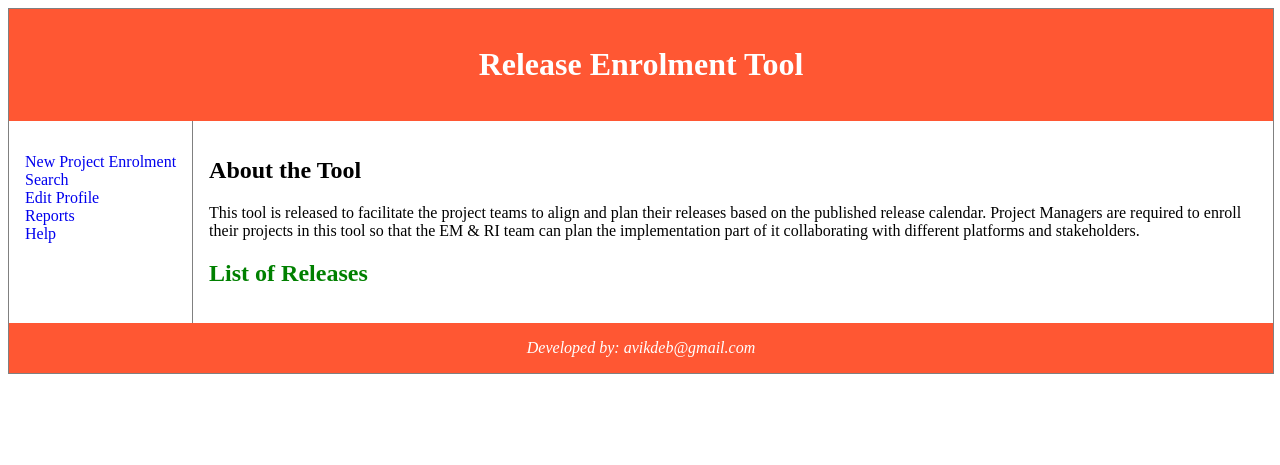
Repository: guribrar/enrolmentapp
Page: http://localhost/enrolmentapp/testlogin.jsp
An editor plug-in stored every save of this project. The page is shown before and after the next save, followed by the edit.
The browser window is 1280 px wide. The pictures show the whole page.
The page is served by Tomcat 9. Other server files are loaded and not shown. Queries for data that is not in the repository find no rows.

Above is the page before, as saved 2016-12-31 15:58:59.

### enrolmentapp/WebContent/testlogin.jsp
<%@ page language="java" contentType="text/html; charset=ISO-8859-1"
    pageEncoding="ISO-8859-1"%>

<%@ taglib uri="http://java.sun.com/jsp/jstl/sql" prefix="sql" %>
<%@ taglib uri="http://java.sun.com/jsp/jstl/core" prefix="c" %>

<!DOCTYPE html>
<html>
<head>
<style>
div.container {
    width: 100%;
    border: 1px solid gray;
}

header, footer {
    padding: 1em;
    color: white;
    background-color: #FF5733;
    clear: left;
    text-align: center;
}

nav {
    float: left;
    max-width: 160px;
    margin: 0;
    padding: 1em;
}

nav ul {
    list-style-type: none;
    padding: 0;
}

nav ul a {
    text-decoration: none;
}

article {
    margin-left: 170px;
    border-left: 1px solid gray;
    padding: 1em;
    overflow: hidden;
}
</style>
</head>
<body>

<div class="container">

<header>
   <h1>Release Enrolment Tool</h1>
</header>

<nav>
  <ul>
    <li><a href="#">New Project Enrolment</a></li>
    <li><a href="#">Search</a></li>
    <li><a href="#">Edit Profile</a></li>
    <li><a href="#">Reports</a></li>
    <li><a href="#">Help</a></li>
  </ul>
</nav>

<article>
  <h1>About the Tool</h1>
  <p>
  This tool is released to facilitate the project teams to align and plan their releases based on the published release calendar.
  Project Managers are required to enroll their projects in this tool so that the EM & RI team can plan the implementation part of it
  collaborating with different platforms and stakeholders.

  <h1><font color="green">List of Releases</font></h1>


</article>

<footer><i>Developed by: avikdeb@gmail.com</i></footer>

</div>

</body>
</html>

After the next save:
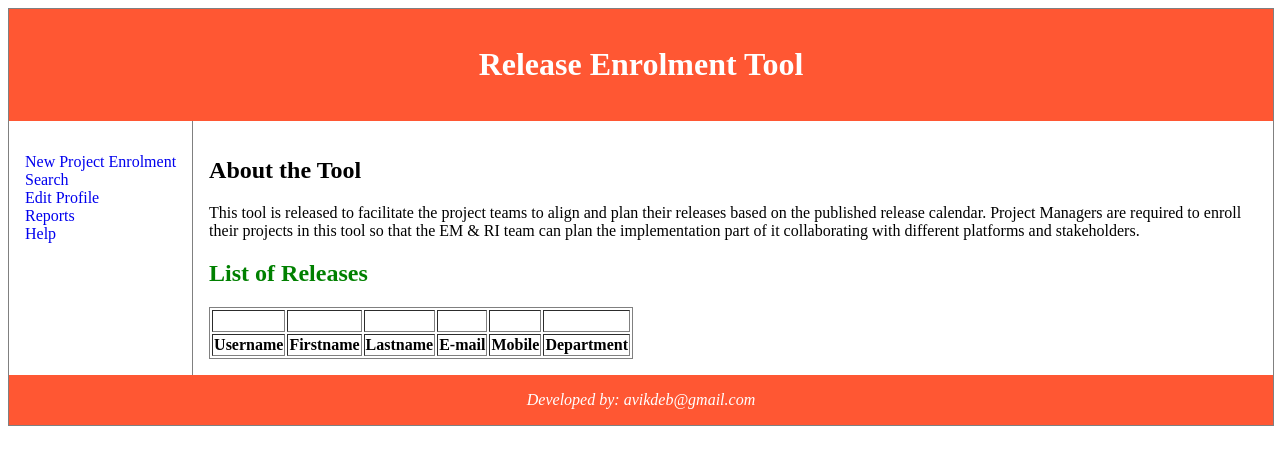
Saved 2 min 2 s later.
--- a/enrolmentapp/WebContent/testlogin.jsp
+++ b/enrolmentapp/WebContent/testlogin.jsp
@@ -5,6 +5,11 @@
 <%@ taglib uri="http://java.sun.com/jsp/jstl/core" prefix="c" %>
 
 <!DOCTYPE html>
+
+<sql:query var="rs" dataSource="jdbc/enrolmentapp">
+	select * from enrolmentapp.user
+</sql:query>
+
 <html>
 <head>
 <style>
@@ -72,6 +77,34 @@ article {
 
   <h1><font color="green">List of Releases</font></h1>
 
+  <table frame="box" border="1">
+	<tr>
+		<th>&nbsp;</th>
+		<th>&nbsp;</th>
+		<th>&nbsp;</th>
+		<th>&nbsp;</th>
+		<th>&nbsp;</th>
+		<th>&nbsp;</th>
+	</tr>
+	<tr>
+		<th>Username</th>
+		<th>Firstname</th>
+		<th>Lastname</th>
+		<th>E-mail</th>
+		<th>Mobile</th>
+		<th>Department</th>
+	</tr>
+	<c:forEach var="row" items="${rs.rows}">
+	<tr>
+		<td>${row.username}</td>
+		<td>${row.firstname}</td>
+		<td>${row.lastname}</td>
+		<td>${row.email}</td>
+		<td>${row.mobile}</td>
+		<td>${row.department}</td>
+	</tr>
+	</c:forEach>
+</table>
 
 </article>
 
